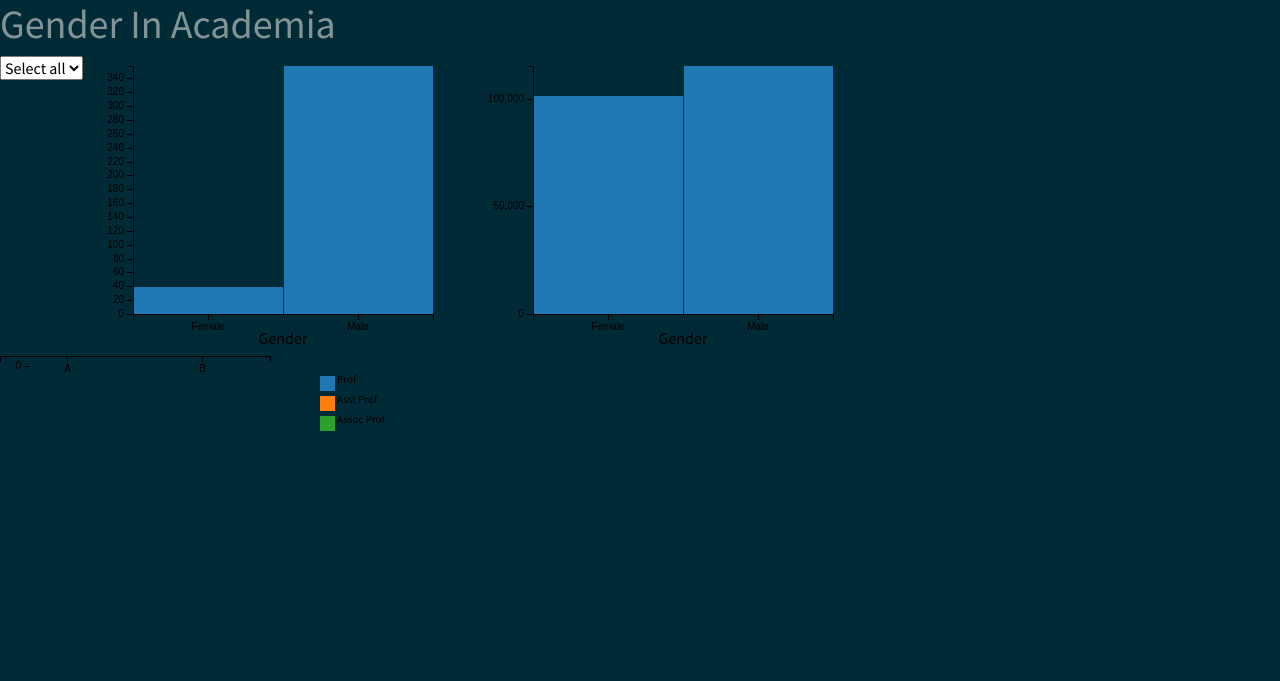
Repository: rafaljanos/Dashboard
Page: Index.html
The author's editor kept a record of every edit. The page is drawn from the files as they stood at one moment, then again after the next edit.
The browser window is 1280 px wide. The pictures show the whole page.

Above is the page before.

### Index.html
<!DOCTYPE html>
<html lang="en">
<head>
    <meta charset="UTF-8">
    <meta name="viewport" content="width=device-width, initial-scale=1.0">
    <meta http-equiv="X-UA-Compatible" content="ie=edge">
    <title>Dashboard</title>

    <link rel="stylesheet" href="static/css/bootstrap.min.css" type="text/css" />
    <link rel="stylesheet" href="static/css/dc.min.css" type="text/css" />

    <script type="text/javascript" src="static/js/d3.min.js"></script>
    <script type="text/javascript" src="static/js/crossfilter.min.js"></script>
    <script type="text/javascript" src="static/js/dc.min.js"></script>
    <script type="text/javascript" src="static/js/queue.min.js"></script>
    <script type="text/javascript" src="static/js/graph.js"></script>

</head>
<body>

    <h1>Gender In Academia</h1>

    <div id="discipline-selector"></div>

    <div id="gender-balance"></div>

    <div id="average-salary"></div>

    <div id="rank-distribution"></div>

</body>
</html>

### static/js/graph.js
queue()
    .defer(d3.csv, "data/Salaries.csv") // directory of file with data to use
    .await(makeGraphs);                 // makeGraphs is any name we want

function makeGraphs(error, salaryData) {// function for that name we choose
    var ndx = crossfilter(salaryData);  // loading salary data to crossfilter

    salaryData.forEach(function(d) {
        d.salary = parseInt(d.salary);  // changing the text data salary to intedur version of the salary
    })

    show_discipline_selector(ndx);      // passind NDX filter to a function that will draw graph discipline_selector
    show_gender_balance(ndx);           // passind NDX filter to a function that will draw graph gender_balance
    show_average_salaries(ndx);         // any name
    show_rank_distribution(ndx);

    dc.renderAll();                     // to render it all
}

function show_discipline_selector(ndx) {        // function for show_discipline_selector
    dim = ndx.dimension(dc.pluck(`discipline`));
    group = dim.group()                         // simple group

    dc.selectMenu("#discipline-selector")       // it creates a selector menu
        .dimension(dim)
        .group(group);
}

function show_gender_balance(ndx) {           // function for show_gender_balance
    var dim = ndx.dimension(dc.pluck(`sex`)); // create dimension of sex variable
    var group = dim.group();                  // create a group

    dc.barChart("#gender-balance")            // create a bar chart for specific div ID
        .width(400)
        .height(300)
        .margins({top: 10, right:50, bottom: 30, left: 50})
        .dimension(dim)
        .group(group)
        .transitionDuration(500)
        .x(d3.scale.ordinal())
        .xUnits(dc.units.ordinal)
        .xAxisLabel("Gender")
        .yAxis().ticks(20);
}

function show_average_salaries(ndx) {
    var dim = ndx.dimension(dc.pluck(`sex`));

    function add_item(p, v) {           // p-keeps track of total and avarage and count, v-each data items we adding
        p.count++;                      // increment the count in p object
        p.total += v.salary;            // increment total by the salary of the data
        p.average = p.total / p.count;  // total devidet by the count
        return p;                       // always return p at the end add or remove function
    }

    function remove_item(p, v) {
        p.count--;                          // reduce the count
        if(p.count == 0) {                  // if the count is 0 we set total count to 0
            p.total = 0;
            p.average = 0;
        }   else {                          // if the count is grater than 0 we use normal calculations
            p.total -= v.salary             // reduce the total by the amount of the salary
            p.average = p.total / p.count;  // total devidet by the count
        }
        return p;
    }

    function initialise() {                 // creates initial value for p
        return {count: 0,total: 0, average: 0};
    }

    var averageSalasyByGender = dim.group().reduce(add_item, remove_item, initialise);


    dc.barChart("#average-salary")
        .width(400)
        .height(300)
        .margins({top: 10, right: 50, bottom: 30, left: 50})
        .dimension(dim)
        .group(averageSalasyByGender)
        .valueAccessor(function(d) {            // to specify which of the 3 values will be plotet
            return d.value.average.toFixed(2);  // .toFixed(2)-reduce to 2 decimels number 2 spaces after (,00)
        })
        .transitionDuration(500)
        .x(d3.scale.ordinal())
        .xUnits(dc.units.ordinal)
        .elasticY(true)
        .xAxisLabel("Gender")
        .yAxis().ticks(4);
}

function show_rank_distribution(ndx) {



    var profByGender = dim.group().reduce(
        function (p, v) {
            p.total++;
            if(v.rank == rank) {           // match if the rank what we are looking for is profesor
                p.match++;
            }
            return p;
        },
        function (p, v) {
            p.total--;
            if(v.rank == rank)  {          // match if the rank what we are looking for is profesor
                p.mach--;
            }
            return p;
        },
        function () {
            return {total: 0, match: 0};
        }
    );

    function rankByGender(dimension, rank) {
        return dimension.group().reduce(
        function (p, v) {
            p.total++;
            if(v.rank == rank) {           // match if the rank what we are looking for is profesor
                p.match++;
            }
            return p;
        },
        function (p, v) {
            p.total--;
            if(v.rank == rank)  {          // match if the rank what we are looking for is profesor
                p.mach--;
            }
            return p;
        },
        function () {
            return {total: 0, match: 0};
        }
    );
    }

    var profByGender = rankByGender(dim, "Prof");
    var asstProfByGender = rankByGender(dim, "AsstProf");
    var assocProfByGender = rankByGender(dim, "AssocProf");

    // console.log(profByGender.all());        // to inspect and check if that works

    dc.barChart("#rank-distribution")
        .width(400)
        .height(300)
        .dimension(dim)
        .group(profByGender, "Prof")
        .stack(asstProfByGender, "Asst Prof")       // stacks this group on top of prof
        .stack(assocProfByGender, "Assoc Prof")     // stacks this group on top of asst
        .valueAccessor(function(d) {               // geting procentage of the total
            if(d.value.total > 0) {
                 return (d.value.match / d.value.total) * 100; //matching amount devide by total and multiply by 100
            } else {
                return 0;
            }
    })
    .x(d3.scale.ordinal())
    .xUnits(dc.units.ordinal)
    .legend(dc.legend().x(320).y(20).itemHeight(15).gap(5))
    .margins({top: 10, right: 100, buttom: 30, left: 30});

}

Loaded but not shown: static/css/bootstrap.min.css (library); static/css/dc.min.css (library); static/js/d3.min.js (library); static/js/crossfilter.min.js (library); static/js/dc.min.js (library); static/js/queue.min.js (common file)

After the next edit:
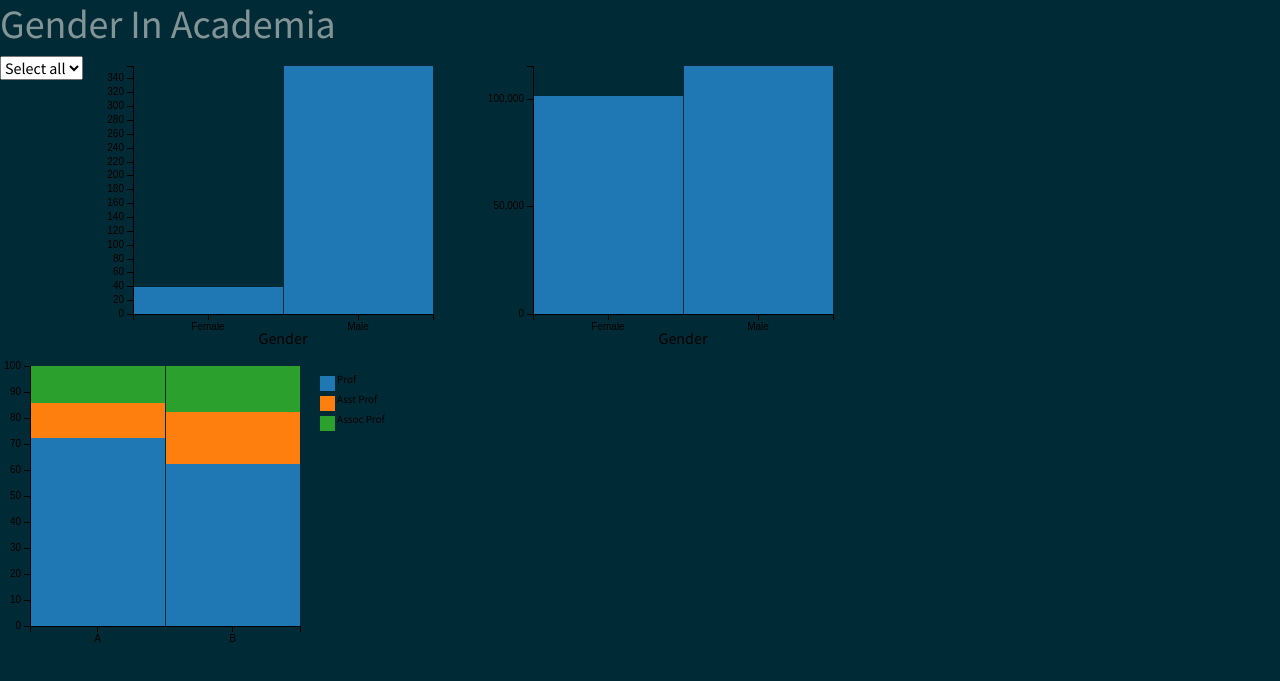
The edit:
--- a/static/js/graph.js
+++ b/static/js/graph.js
@@ -155,9 +155,8 @@
                 return 0;
             }
     })
-    .x(d3.scale.ordinal())
-    .xUnits(dc.units.ordinal)
-    .legend(dc.legend().x(320).y(20).itemHeight(15).gap(5))
-    .margins({top: 10, right: 100, buttom: 30, left: 30});
-
+        .x(d3.scale.ordinal())
+        .xUnits(dc.units.ordinal)
+        .legend(dc.legend().x(320).y(20).itemHeight(15).gap(5))
+        .margins({top: 10, right: 100, bottom: 30, left: 30});
 }
